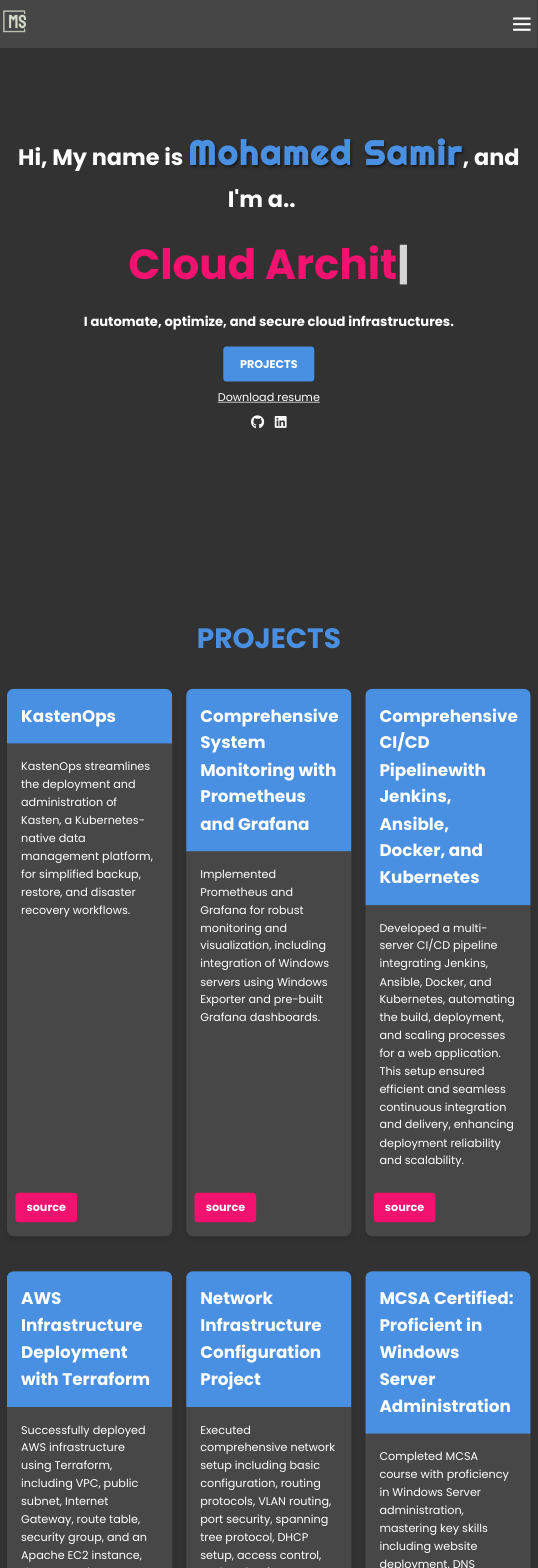
Repository: MohamedSamir445/Portfolio
Page: index.html
These files come from the project's save history. The page is drawn as it stood at one moment and after the next save; the edit follows.
The browser window is 768 px wide. The pictures show the part of the page from y = 0 to 2240 px (the page is 5173 px tall before and 6165 px after), at 70% of full size.

Above is the page before, as saved 2024-08-24 01:29:18.
Console error: SyntaxError: Identifier 'pageStart' has already been declared

After the next save:
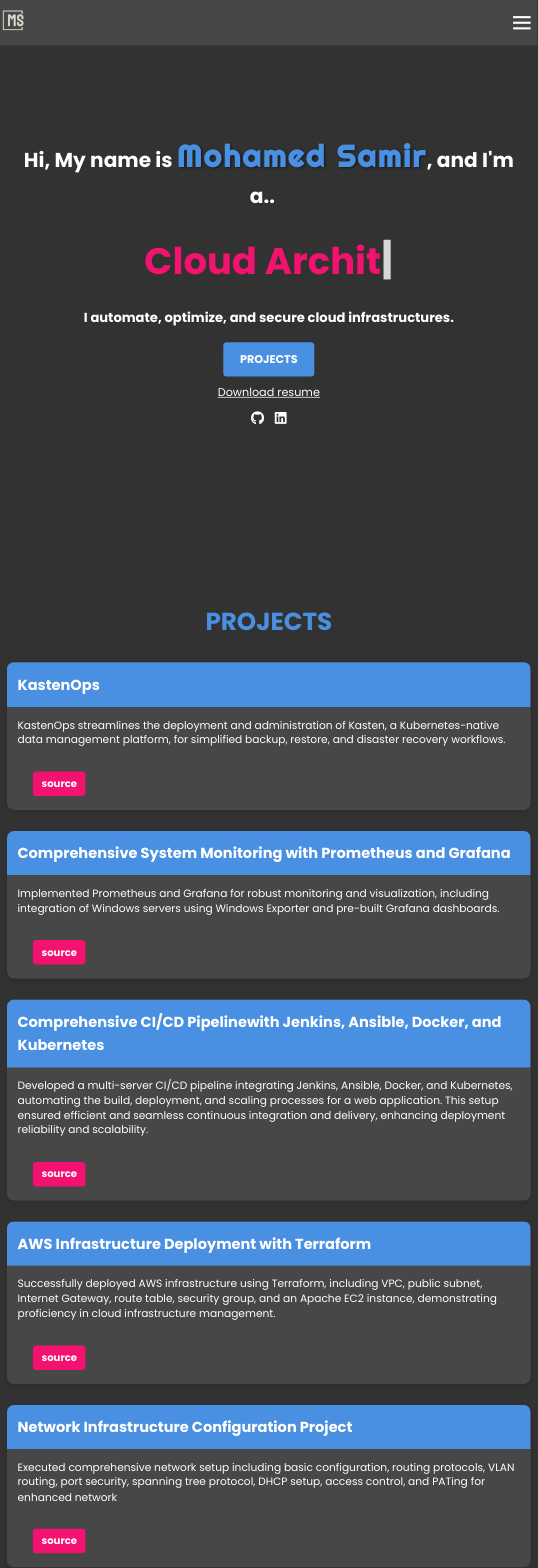
Saved 56 min 20 s later.
--- a/style.css
+++ b/style.css
@@ -377,11 +377,75 @@
     }
 
     .main h2 {
-        font-size: 2em;
+        font-size: 1.8em;
     }
 
     .changing_text {
-        font-size: 2.5em;
+        font-size: 2.2em;
+    }
+
+    .card {
+        width: calc(100% - 20px);
+        margin-bottom: 20px;
+    }
+
+    .projects .content {
+        gap: 10px;
+    }
+
+    .card h5 {
+        font-size: 1.3em;
+        padding: 15px;
+    }
+
+    .cardLayer {
+        padding: 15px;
+    }
+
+    .cardLayer p {
+        font-size: 0.95em;
+        line-height: 1.4;
+    }
+
+    header {
+        padding: 8px 0;
+    }
+
+    .logo img {
+        width: 45px;
+    }
+
+    .container-title {
+        font-size: 2.2em;
+        margin-bottom: 30px;
+    }
+
+    .skill {
+        width: 100%;
+    }
+
+    .container {
+        padding: 0 15px;
+    }
+
+    .projects, .skills, .contact {
+        padding: 60px 0;
+    }
+
+    .src {
+        padding: 6px 12px;
+        font-size: 0.9em;
+    }
+
+    form input,
+    form textarea {
+        padding: 12px;
+        font-size: 14px;
+    }
+
+    form button {
+        padding: 10px 20px;
+        font-size: 14px;
     }
 }
 
